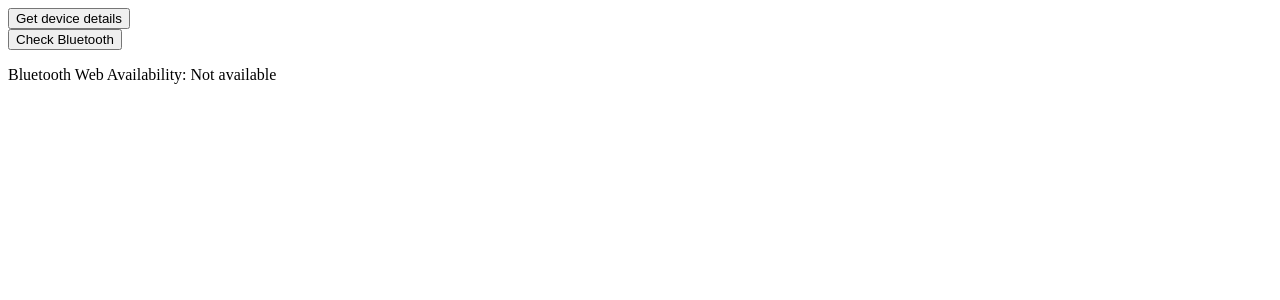
Repository: anjandash/authpass
Page: index.html
The author's editor kept a copy of each file at every save. The page is drawn from the files as they stood at one save, then again after the next save.
The browser window is 1280 px wide. The pictures show the whole page.
After loading, the first visible `#checkBluetooth` was clicked once.

Above is the page before, as saved 2021-11-12 21:12:06.

### index.html
<!DOCTYPE html>
<html lang="en">
  <head>
    <meta charset="UTF-8" />
    <meta http-equiv="X-UA-Compatible" content="IE=edge" />
    <meta name="viewport" content="width=device-width, initial-scale=1.0" />
    <title>Document</title>
  </head>
  <body>
    <button id="getDetails">Get device details</button>
    <div id="details"></div>

    <div>
        <button id="checkBluetooth" onclick="isWebBluetoothEnabled();">Check Bluetooth</button>
        <p>Bluetooth Web Availability: <span id="bluetoothState"></span></p>
    </div>

    <script src="script.js"></script>
  </body>
</html>

### script.js
const button = document.getElementById("getDetails");
const details = document.getElementById("details");

function isWebBluetoothEnabled() {
    document.getElementById('bluetoothState').innerText = 'Testing ...'

    if (!navigator.bluetooth) {
        console.log('Web Bluetooth API is not available in this browser!')
        document.getElementById('bluetoothState').innerText = 'Not available'
        return false
    }
    document.getElementById('bluetoothState').innerText = 'Available'
    return true
}

button.addEventListener("click", async () => {
  try {
    // Request the Bluetooth device through browser
    const device = await navigator.bluetooth.requestDevice({
      optionalServices: ["battery_service", "device_information"],
      acceptAllDevices: true,
    });

    // Connect to the GATT server
    // We also get the name of the Bluetooth device here
    let deviceName = device.gatt.device.name;
    const server = await device.gatt.connect();

    // Getting the services we mentioned before through GATT server
    const batteryService = await server.getPrimaryService("battery_service");
    const infoService = await server.getPrimaryService("device_information");

    // Getting the current battery level
    const batteryLevelCharacteristic = await batteryService.getCharacteristic(
      "battery_level"
    );
    // Convert recieved buffer to number
    const batteryLevel = await batteryLevelCharacteristic.readValue();
    const batteryPercent = await batteryLevel.getUint8(0);

    // Getting device information
    // We will get all characteristics from device_information
    const infoCharacteristics = await infoService.getCharacteristics();

    console.log(infoCharacteristics);

    let infoValues = [];

    const promise = new Promise((resolve, reject) => {
      infoCharacteristics.forEach(async (characteristic, index, array) => {
        // Returns a buffer
        const value = await characteristic.readValue();
        console.log(new TextDecoder().decode(value));
        // Convert the buffer to string
        infoValues.push(new TextDecoder().decode(value));
        if (index === array.length - 1) resolve();
      });
    });

    promise.then(() => {
      console.log(infoValues);
      // Display all the information on the screen
      // use innerHTML
      details.innerHTML = `
      Device Name - ${deviceName}<br />
      Battery Level - ${batteryPercent}%<br />
      Device Information:
      <ul>
        ${infoValues.map((value) => `<li>${value}</li>`).join("")}
      </ul>
    `;
    });
  } catch (err) {
    console.log(err);
    alert("An error occured while fetching device details");
  }
});

After the next save:
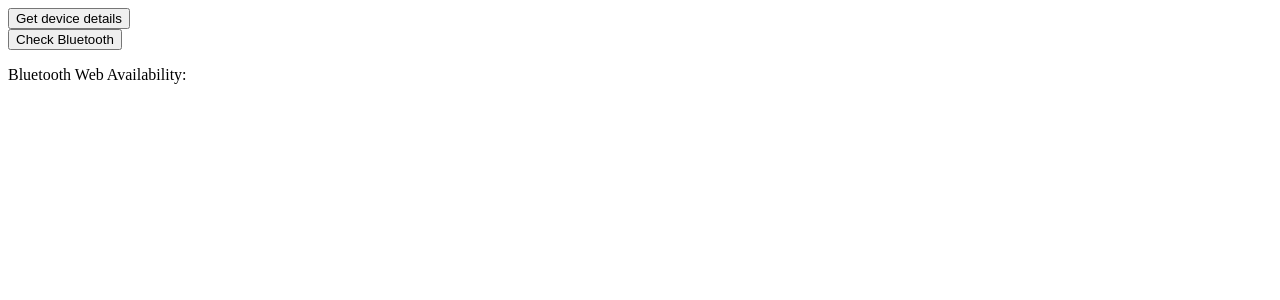
Console error (its wording comes from the project's code and is left out).
Saved 68 s later.
--- a/script.js
+++ b/script.js
@@ -3,7 +3,7 @@
 
 function isWebBluetoothEnabled() {
     document.getElementById('bluetoothState').innerText = 'Testing ...'
-
+    await sleep(2000);
     if (!navigator.bluetooth) {
         console.log('Web Bluetooth API is not available in this browser!')
         document.getElementById('bluetoothState').innerText = 'Not available'

After the save that followed:
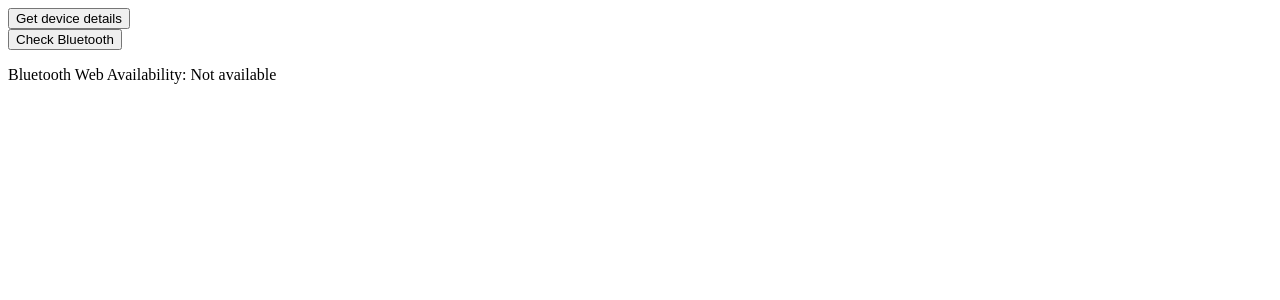
The error is gone.
Saved 31 s later.
--- a/script.js
+++ b/script.js
@@ -3,7 +3,7 @@
 
 function isWebBluetoothEnabled() {
     document.getElementById('bluetoothState').innerText = 'Testing ...'
-    await sleep(2000);
+    //await sleep(2000);
     if (!navigator.bluetooth) {
         console.log('Web Bluetooth API is not available in this browser!')
         document.getElementById('bluetoothState').innerText = 'Not available'
